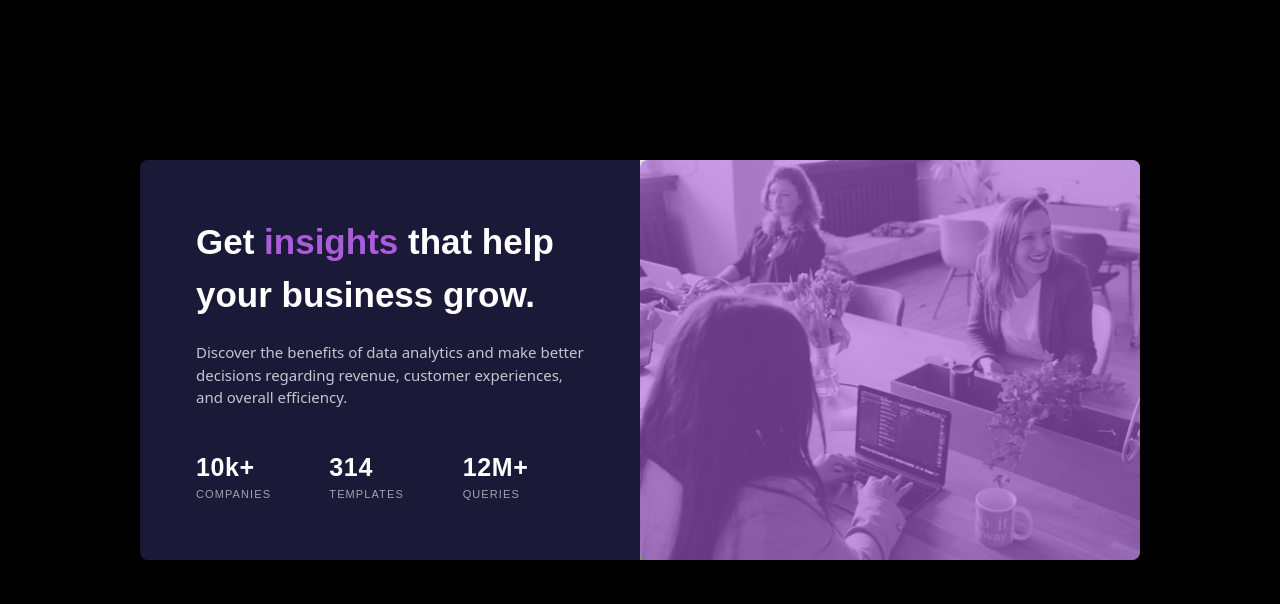
Repository: BerlinWebDev/FrontendMaster_PreviewMentor
Page: /
These files come from the project's save history. The page is drawn as it stood at one moment and after the next save; the edit follows.
The browser window is 1280 px wide. The pictures show the whole page.
The project was rebuilt for these pictures with package versions that can differ from the ones it lists, and the page was loaded fresh each time.

Above is the page before, as saved 2023-11-11 20:33:43.

After the next save:
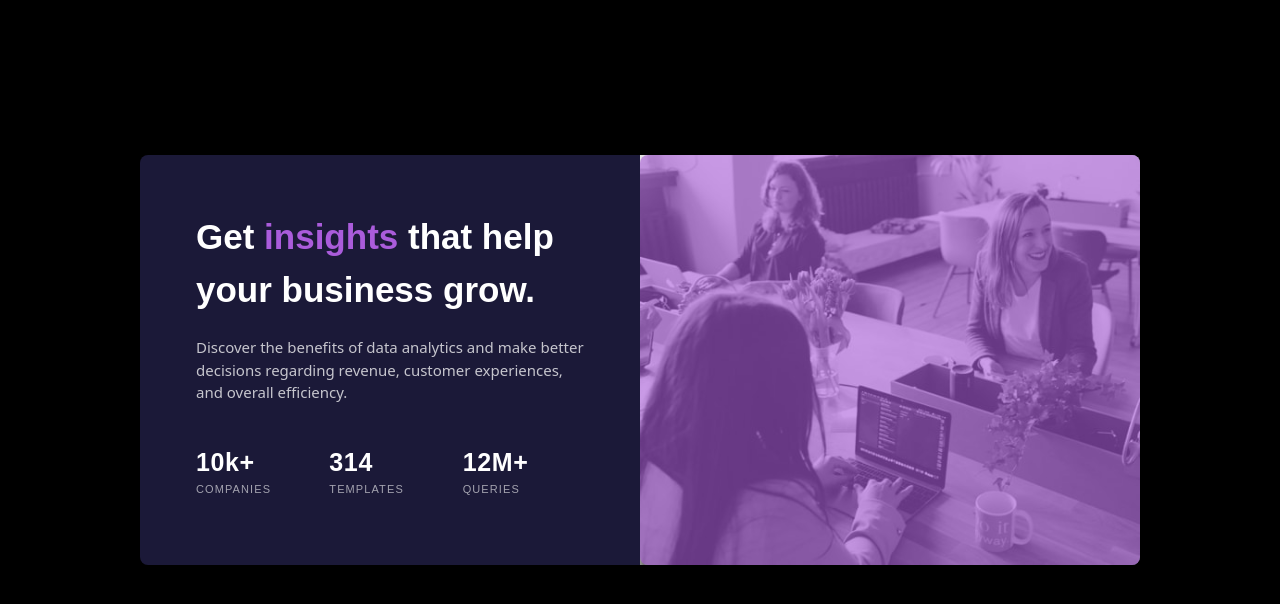
Saved 11 s later.
--- a/src/App.js
+++ b/src/App.js
@@ -10,7 +10,7 @@ function App() {
         <link rel="icon" href="/favicon.ico" />
       </header>
       <main className="flex min-h-screen flex-col items-center justify-center bg-black">
-        <div className="flex h-[400px] w-[1000px] rounded-lg bg-[#1b1938]">
+        <div className="flex h-[410px] w-[1000px] rounded-lg bg-[#1b1938]">
           <aside className="w-1/2  rounded-l-lg">
             <div className="p-14">
               <div className="text-[35px] text-white font-bold font-lexenddeca">
